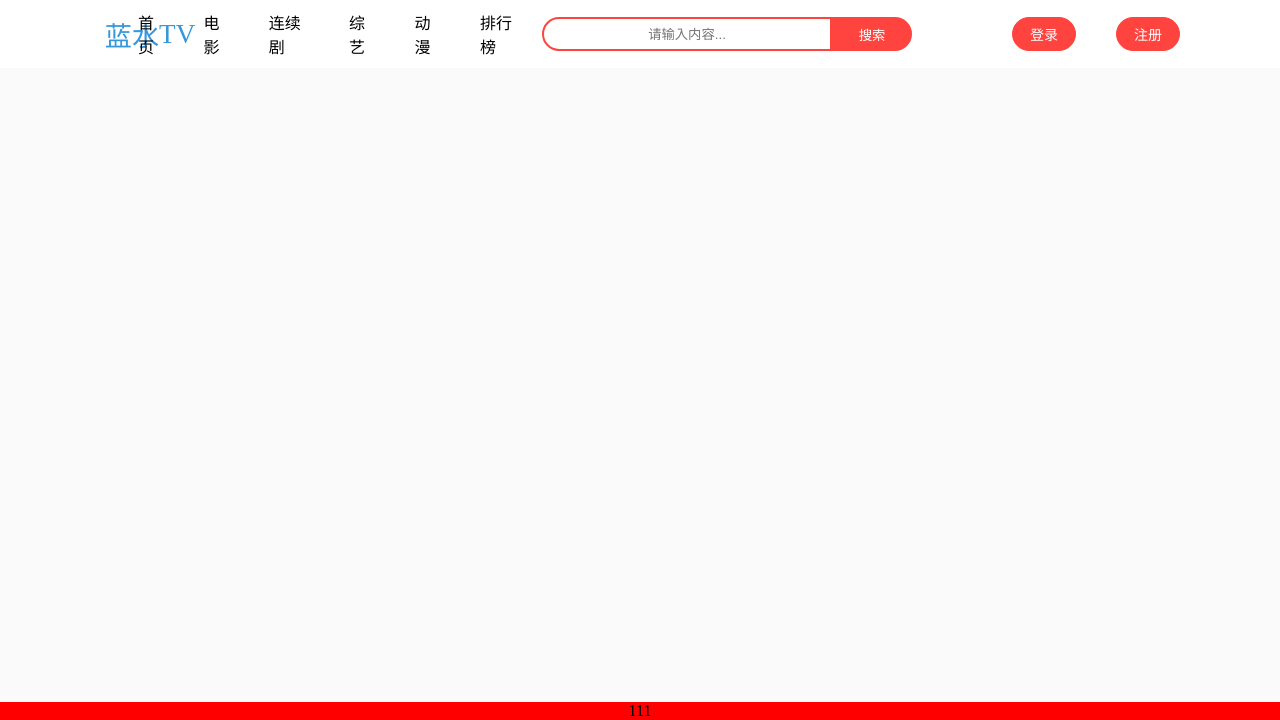
Repository: 842992406/blueWaterTV
Page: index.html
An editor plug-in stored every save of this project. The page is shown before and after the next save, followed by the edit.
The browser window is 1280 px wide. The pictures show the whole page.

Above is the page before, as saved 2022-05-05 16:34:43.

After the next save:
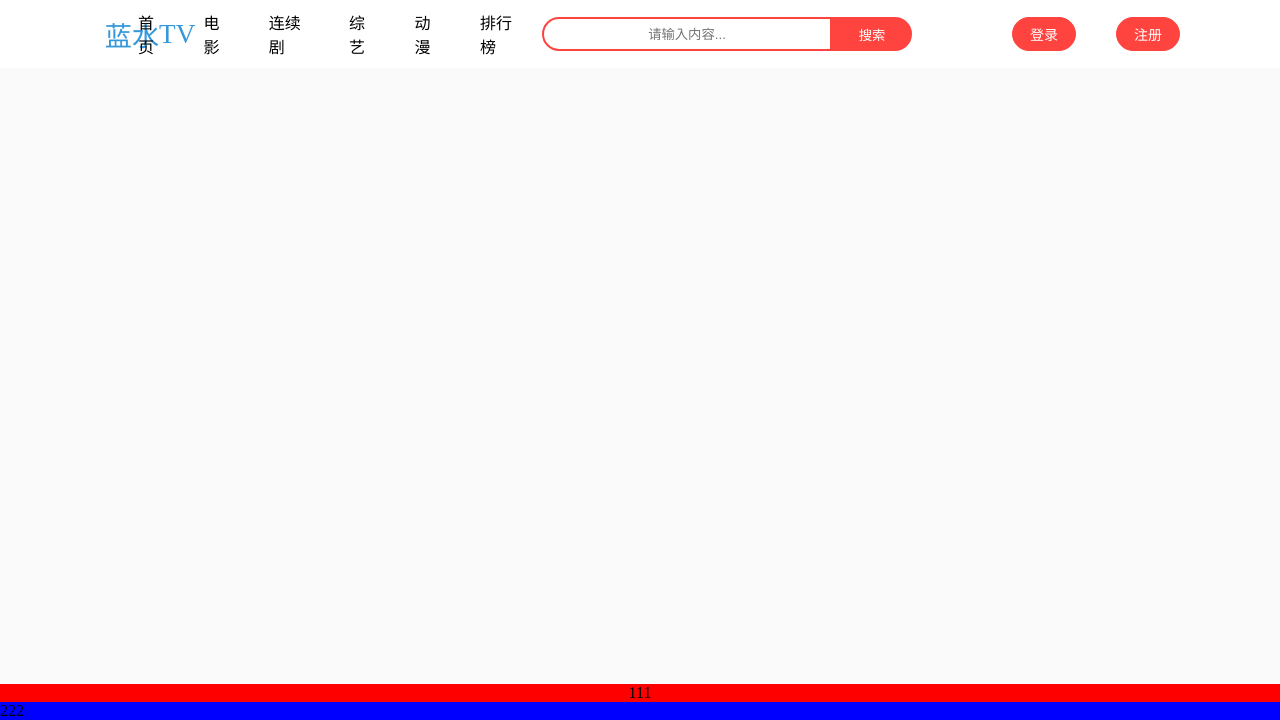
Saved 8 s later.
--- a/index.html
+++ b/index.html
@@ -47,7 +47,7 @@
     <div class="mainCard">111</div>
   </main>
   <!-- 脚页面 -->
-  <footer></footer>
+  <footer>222</footer>
 </body>
 
 </html>
